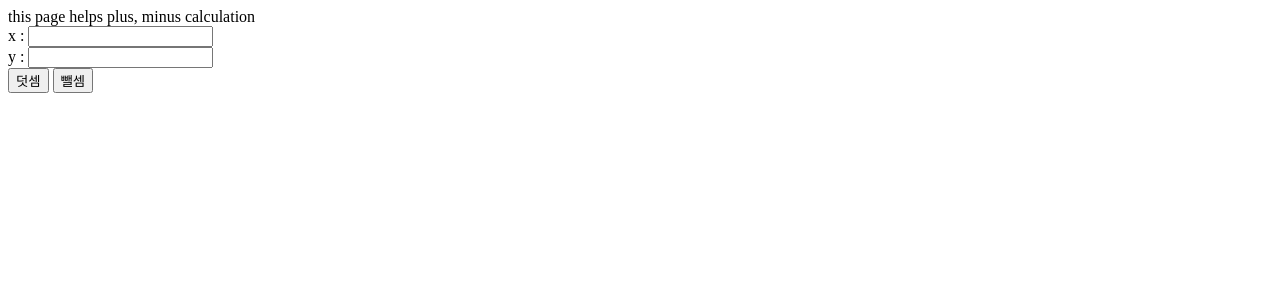
Repository: Jason-TG/workspace
Page: http://localhost/JSP_Project/calc.jsp
The author's editor kept a copy of each file at every save. The page is drawn from the files as they stood at one save, then again after the next save.
The browser window is 1280 px wide. The pictures show the whole page.
The page is served by Tomcat 9.

Above is the page before, as saved 2021-07-09 05:57:18.

After the next save:
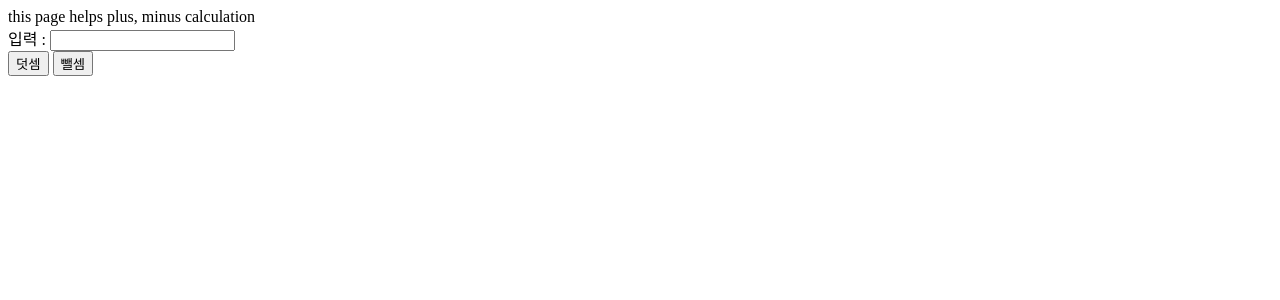
Saved 44 s later.
--- a/JSP_Project/src/main/webapp/calc.jsp
+++ b/JSP_Project/src/main/webapp/calc.jsp
@@ -19,11 +19,9 @@
 				<label>this page helps plus, minus calculation</label>
 			</div>
 			<div>
-				<label>x : </label> <input type="text" name="x" />
+				<label>입력 : </label> <input type="text" name="v" />
 			</div>
-			<div>
-				<label>y : </label> <input type="text" name="y" />
-			</div>
+
 			<div>
 				<input type="submit" name="operator" value="덧셈" />
 				<input type="submit" name="operator" value="뺄셈" />
